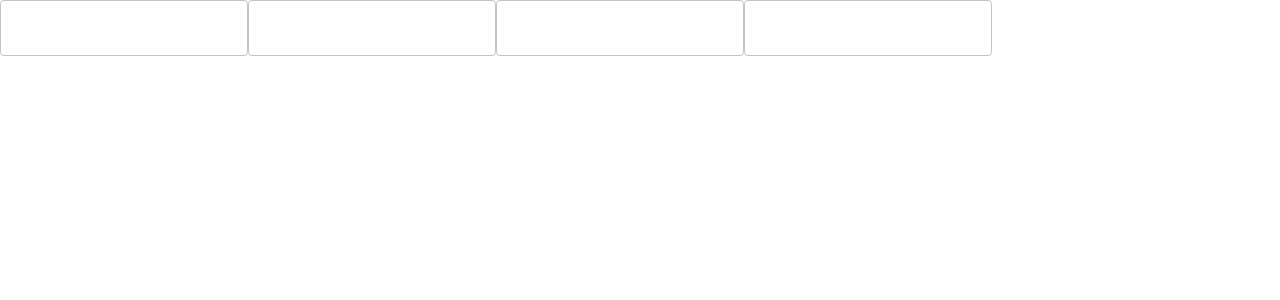
Repository: mohit78911/formikformvalidation
Page: /
An editor plug-in stored every save of this project. The page is shown before and after the next save, followed by the edit.
The browser window is 1280 px wide. The pictures show the whole page.
The project was rebuilt for these pictures with package versions that can differ from the ones it lists, and the page was loaded fresh each time.

Above is the page before, as saved 2023-06-06 05:28:06.

After the next save:
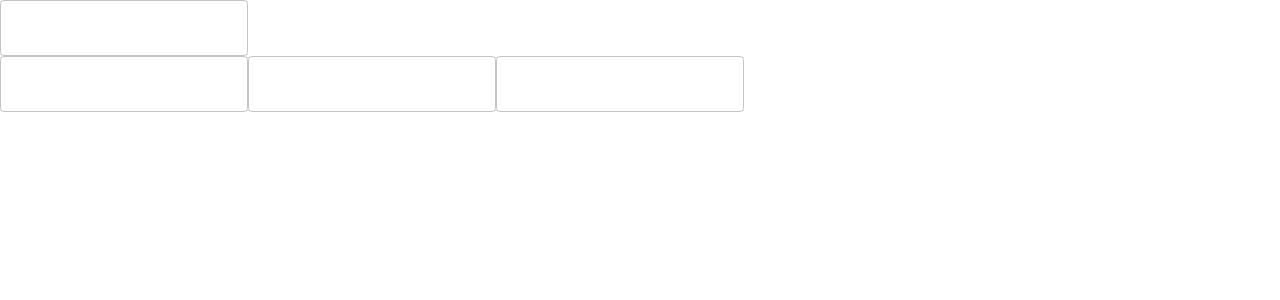
Saved 6 s later.
--- a/src/components/Form.js
+++ b/src/components/Form.js
@@ -4,7 +4,7 @@ import React from 'react'
 export default function Form() {
   return (
     <>
-     <TextField/>
+     <TextField/><br/>
      <TextField/>
      <TextField/>
      <TextField/>
